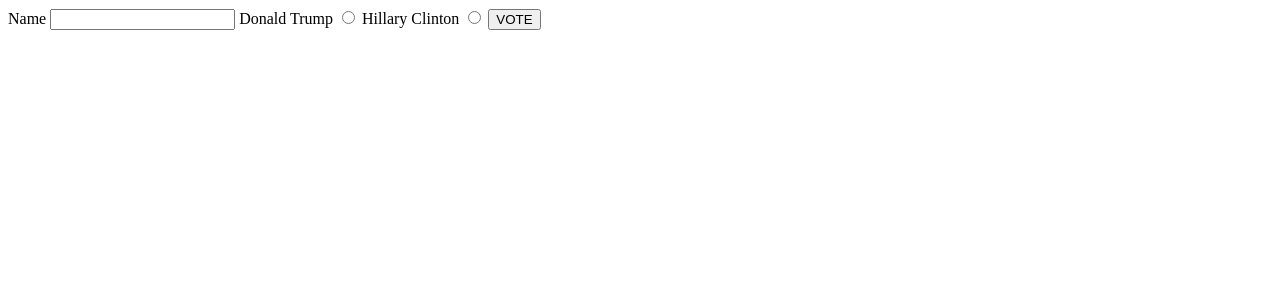
Repository: Peacepapi/1702Java
Page: web/src/main/webapp/ballot.html
An editor plug-in stored every save of this project. The page is shown before and after the next save, followed by the edit.
The browser window is 1280 px wide. The pictures show the whole page.

Above is the page before, as saved 2017-02-24 14:52:16.

### web/src/main/webapp/ballot.html
<!DOCTYPE html>
<html>
<head>
<meta charset="ISO-8859-1">
<title>Cast a ballot</title>
</head>
<body>

<form action="#">
	<label>Name</label> <input type="text" name="voterName">
		<label>Donald Trump</label>
			<input type="radio" name="vote" value="R">
		<label>Hillary Clinton</label>
			<input type="radio" name="vote" value="D">


		<input type="submit" value="VOTE">
</form>

</body>
</html>

After the next save:
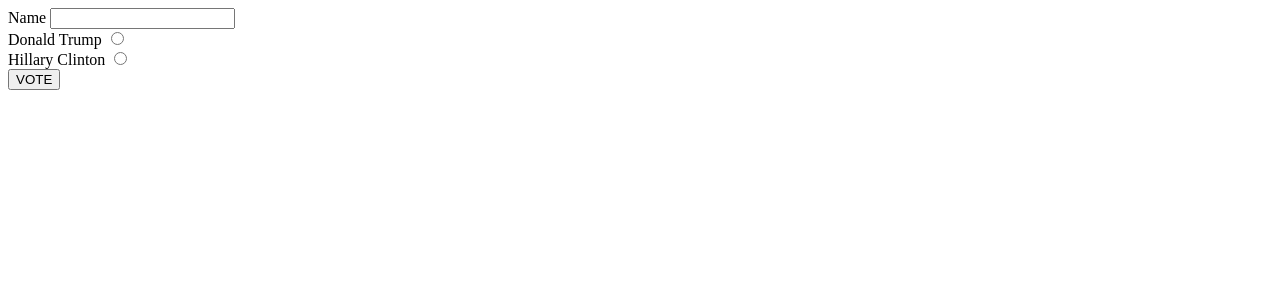
Saved 67 s later.
--- a/web/src/main/webapp/ballot.html
+++ b/web/src/main/webapp/ballot.html
@@ -7,11 +7,11 @@
 <body>
 
 <form action="#">
-	<label>Name</label> <input type="text" name="voterName">
+	<label>Name</label> <input type="text" name="voterName"> <br />
 		<label>Donald Trump</label>
-			<input type="radio" name="vote" value="R">
+			<input type="radio" name="vote" value="R">		<br />
 		<label>Hillary Clinton</label>
-			<input type="radio" name="vote" value="D">
+			<input type="radio" name="vote" value="D">		<br />
 
 
 		<input type="submit" value="VOTE">
